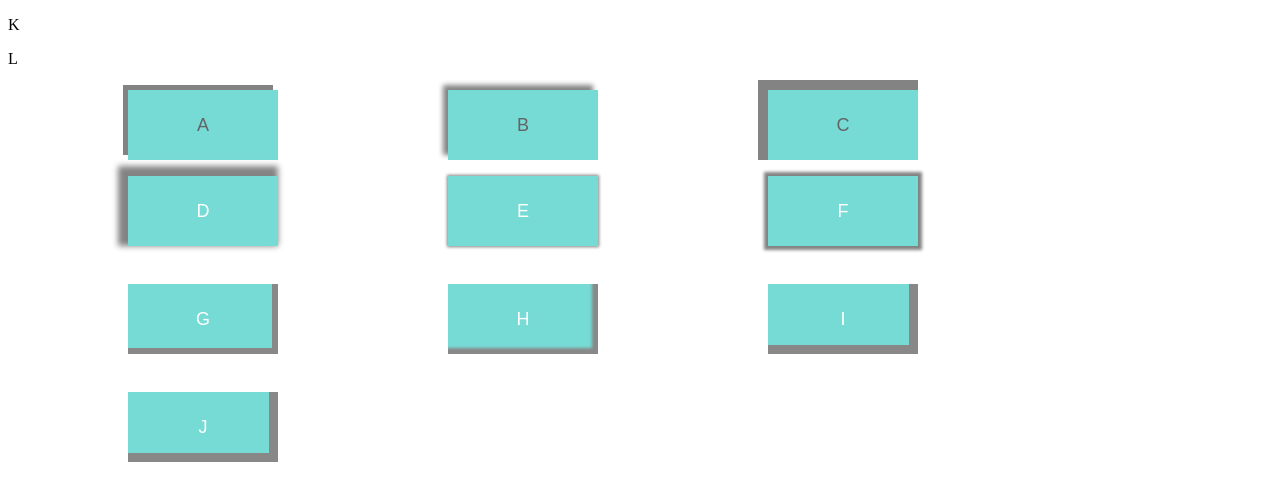
Repository: ThePerez/ArgProg
Page: Practicas ArgProg/Practica 3/Ejercicio 8/index.html
The author's editor kept a copy of each file at every save. The page is drawn from the files as they stood at one save, then again after the next save.
The browser window is 1280 px wide. The pictures show the whole page.

Above is the page before, as saved 2023-03-20 18:21:50.

After the next save:
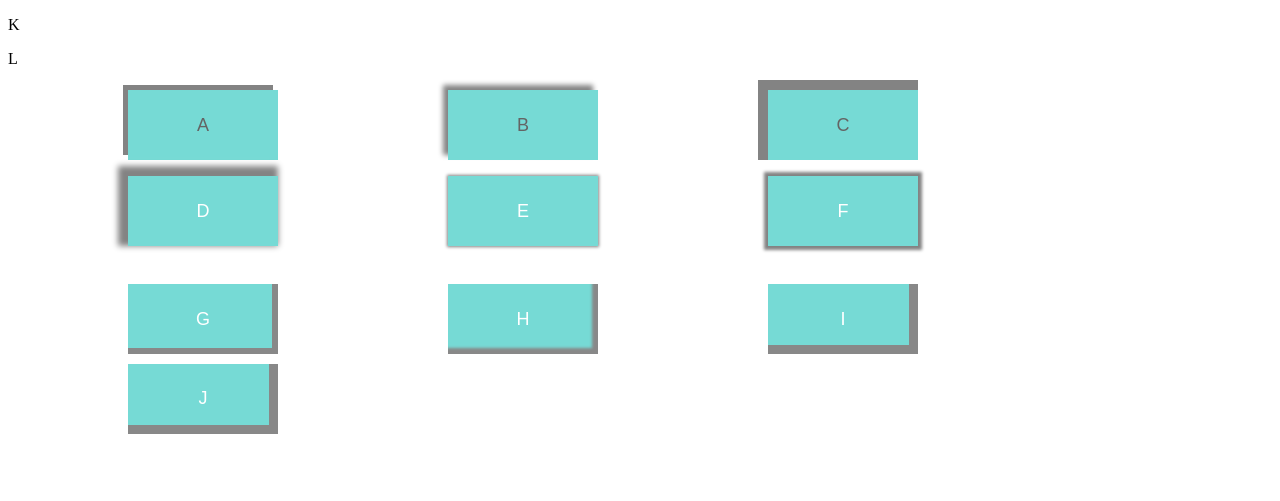
Saved 5 s later.
--- a/Practicas ArgProg/Practica 3/Ejercicio 8/styles.css
+++ b/Practicas ArgProg/Practica 3/Ejercicio 8/styles.css
@@ -161,7 +161,7 @@
      width: 150px;
      height: 70px;
      position: absolute;
-     top: 52%;
+     top: 48%;
      left: 10%;
      display: flex;
      justify-content: center;

After the save that followed:
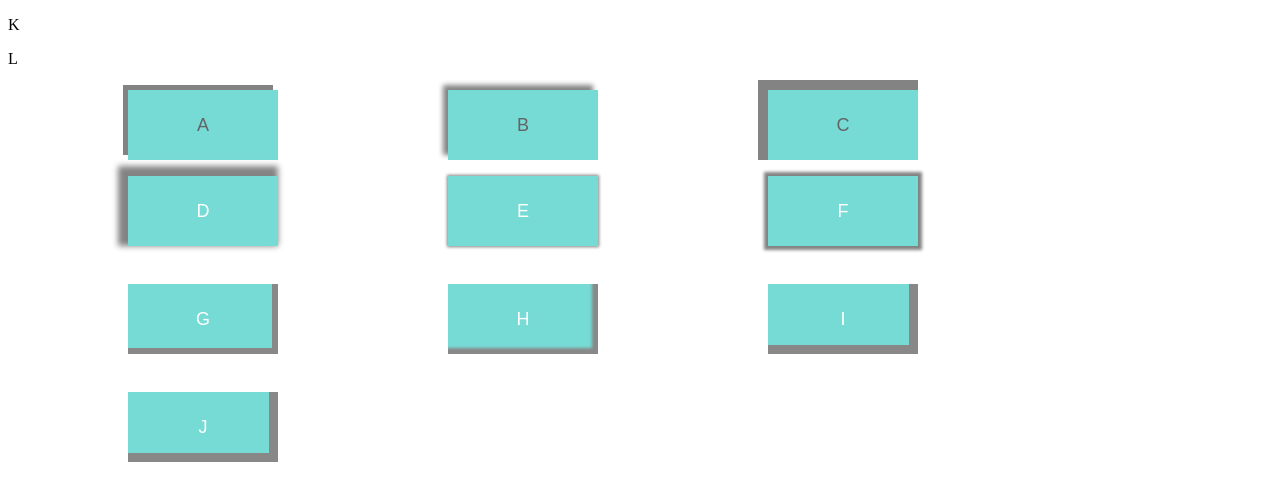
Saved 5 s later.
--- a/Practicas ArgProg/Practica 3/Ejercicio 8/styles.css
+++ b/Practicas ArgProg/Practica 3/Ejercicio 8/styles.css
@@ -161,7 +161,7 @@
      width: 150px;
      height: 70px;
      position: absolute;
-     top: 48%;
+     top: 52%;
      left: 10%;
      display: flex;
      justify-content: center;
